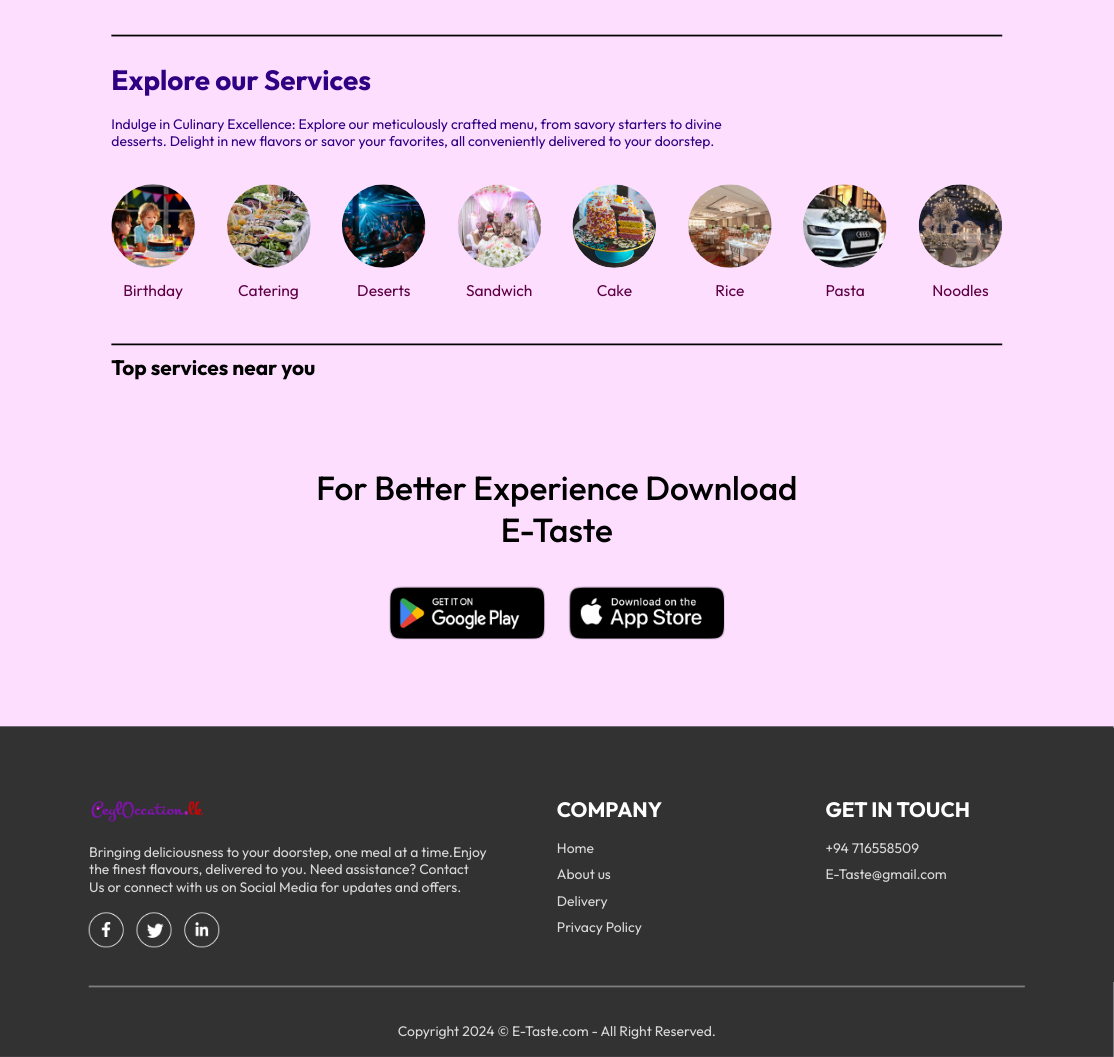
Repository: Abhiranda/Ceyloccation.lk
Page: / (app in frontend/)
These files come from the project's save history. The page is drawn as it stood at one moment and after the next save; the edit follows.
The browser window is 1280 px wide. The pictures show the part of the page from y = 624 to 1839 px (the page is 1839 px tall), at 87% of full size.
The page's requests for data from a server got no answer. The project was rebuilt for these pictures with package versions that can differ from the ones it lists, and the page was loaded fresh each time. No one was signed in, and anything a server would have sent is missing. Also part of the build but not shown: frontend/vite.config.js, frontend/src/pages/PlaceOrder/PlaceOrder.css, frontend/src/pages/PlaceOrder/PlaceOrder.jsx, frontend/src/components/ServiceDisplay/ServiceDisplay.css, frontend/src/components/ServiceItem/ServiceItem.css, frontend/src/components/ServiceItem/ServiceItem.jsx, frontend/src/pages/Cart/Cart.css, frontend/src/pages/Cart/Cart.jsx and 6 more.

Above is the page before, as saved 2024-06-07 13:59:38.

After the next save:
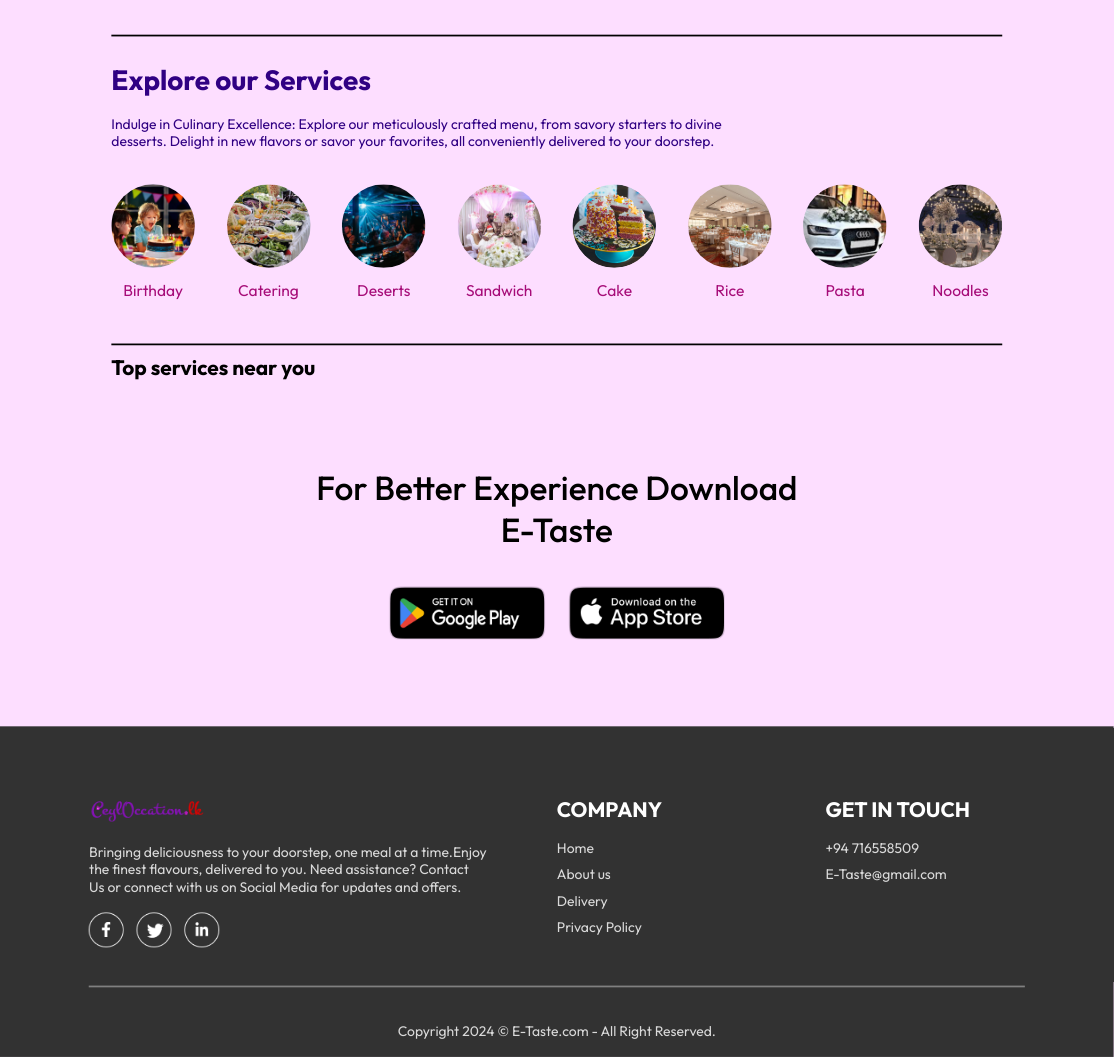
Saved 4 s later.
--- a/frontend/src/components/ExploreMenu/ExploreMenu.css
+++ b/frontend/src/components/ExploreMenu/ExploreMenu.css
@@ -40,7 +40,7 @@
 
 .explore-menu-list-item p{
     margin-top: 10px;
-    color: #5e0042;
+    color: #a60c78;
     font-size: max(1.4vw,16px);
     cursor: pointer;
     transition: 0.2s;
